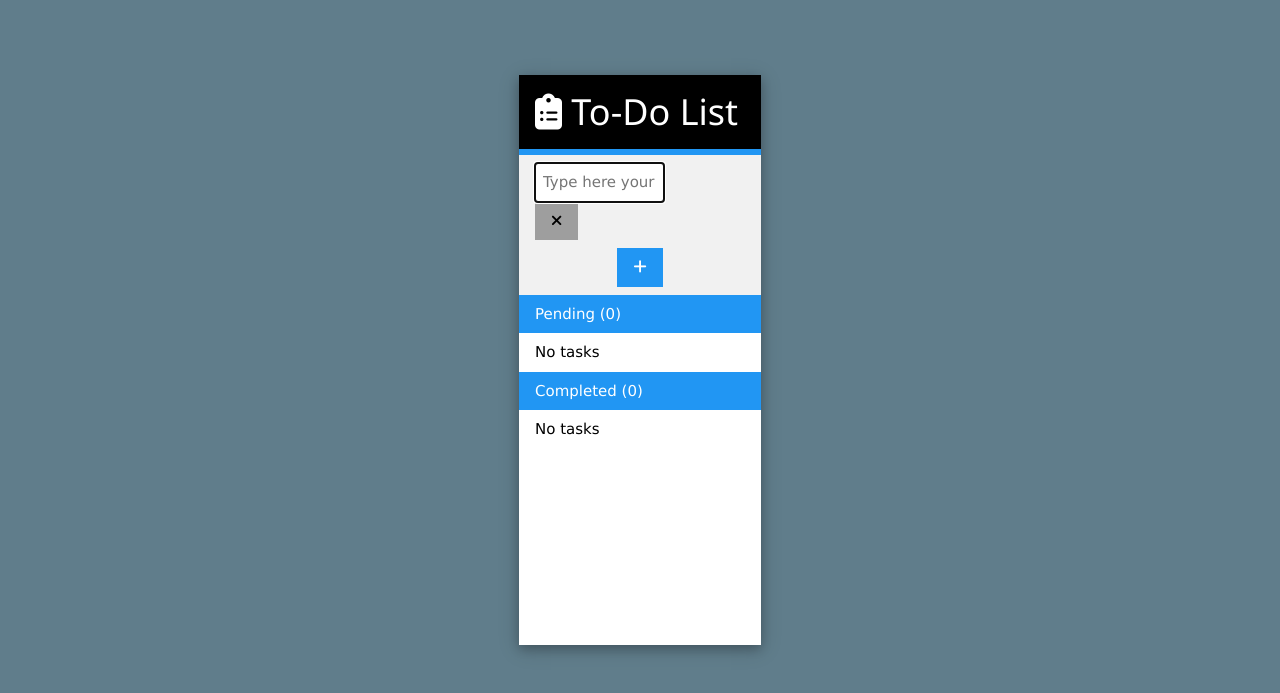
Repository: bclover/vue3-design-patterns-book
Page: /
The author's editor kept a copy of each file at every save. The page is drawn from the files as they stood at one save, then again after the next save.
The browser window is 1280 px wide. The pictures show the whole page.
The project was rebuilt for these pictures with package versions that can differ from the ones it lists, and the page was loaded fresh each time. Also part of the build but not shown: vite.config.ts.

Above is the page before, as saved 2023-06-19 22:32:36.

### index.html
<!DOCTYPE html>
<html lang="en">
    <head>
        <meta charset="UTF-8" />
        <link rel="icon" type="image/svg+xml" href="/vite.svg" />
        <link rel="stylesheet" href="/css/w3.css" />
        <link rel="stylesheet" href="/css/fontawesome.min.css" />
        <link rel="stylesheet" href="/css/solid.min.css" />
        <link rel="stylesheet" href="/css/brands.min.css" />
        <meta name="viewport" content="width=device-width, initial-scale=1.0" />
        <title>To Do</title>
    </head>
    <body>
        <div id="app"></div>
        <script type="module" src="/src/main.ts"></script>
    </body>
</html>

### src/App.vue
<script lang="ts" setup>
import ToDos from './components/ToDos.vue';
</script>

<template>
  <div class="app w3-blue-gray">
    <ToDos></ToDos>
  </div>
</template>

<style scoped>
.app {
  display: flex;
  justify-content: center;
  width: 100vw;
  min-height: 100vh;
  padding: 5rem;
}
</style>

### src/components/ToDos.vue
<script lang="ts" setup>
import { computed, ref } from 'vue';

interface ToDo {
  id: number;
  text: string;
  checked: boolean;
}
const _todo_text = ref('');
const _todo_list = ref<ToDo[]>([]);
const _pending = computed(() => {
  return _todo_list.value.filter((todo: ToDo) => !todo.checked);
});
const _done = computed(() => {
  return _todo_list.value.filter((todo: ToDo) => todo.checked);
});
function clearToDo(): void {
  _todo_text.value = '';
}
function addToDo() {
  if (_todo_text.value && _todo_text.value !== '') {
    _todo_list.value.push({
      id: new Date().valueOf(),
      text: _todo_text.value,
      checked: false,
    });
    clearToDo();
  }
}
</script>

<template>
  <div class="todo-container w3-white w3-card-4">
    <!-- Header -->
    <div class="w3-container w3-black w3-margin-0 w3-bottombar w3-border-blue">
      <h1>
        <i class="fa-solid fa-clipboard-list"></i>
        To-Do List
      </h1>
    </div>

    <!-- Remove & Add Buttons -->
    <div class="w3-container w3-twothird w3-light-gray w3-padding">
      <input
        class="w3-input w3-border-0"
        type="text"
        autofocus
        v-model="_todo_text"
        @keyup.enter="addToDo()"
        placeholder="Type here your to-do item..."
      />
      <button class="w3-button w3-third w3-gray" @click="clearToDo()">
        <i class="fa-solid fa-times"></i>
      </button>
    </div>

    <div class="w3-container flex-container w3-light-gray w3-padding w3-center">
      <button class="w3-button w3-blue" @click="addToDo()">
        <i class="fa-solid fa-plus"></i>
      </button>
    </div>

    <!-- Pending Todos Heading -->
    <div class="w3-padding w3-blue">Pending ({{ _pending.length }})</div>

    <!-- List of Pending Todos -->
    <div class="w3-padding" v-for="todo in _pending" :key="todo.id">
      <label>
        <input type="checkbox" v-model="todo.checked" />
        <span class="w3-margin-left">{{ todo.text }}</span>
      </label>
    </div>

    <!-- No Pending Tasks -->
    <div class="w3-padding" v-show="_pending.length == 0">No tasks</div>

    <!-- Completed Todos Heading -->
    <div class="w3-padding w3-blue">Completed ({{ _done.length }})</div>

    <!-- List of Completed Todos -->
    <div class="w3-padding" v-for="todo in _done" :key="todo.id">
      <label>
        <input type="checkbox" v-model="todo.checked" />
        <span class="w3-margin-left">{{ todo.text }}</span>
      </label>
    </div>

    <!-- No Completed Todos -->
    <div class="w3-padding" v-show="_done.length == 0">No tasks</div>
  </div>
</template>

Loaded but not shown: src/main.ts (common file); public/css/w3.css (library); public/css/fontawesome.min.css (library); public/css/solid.min.css (common file); public/css/brands.min.css (library)

After the next save:
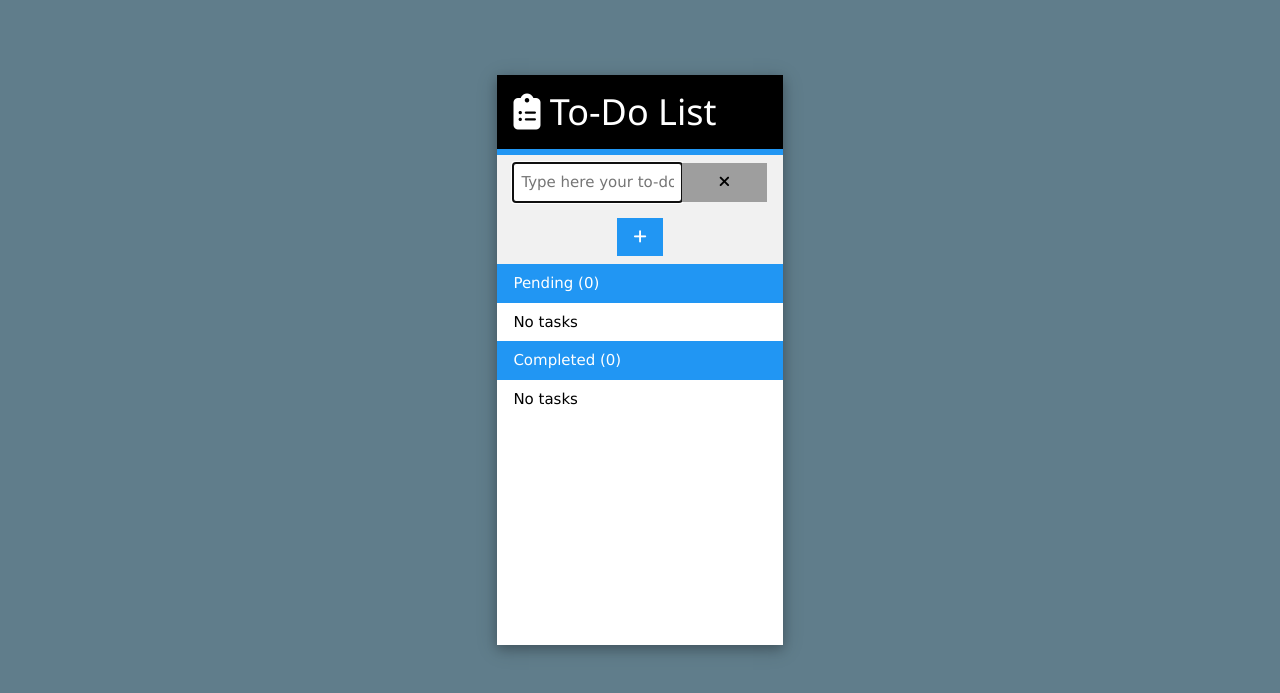
Saved 21 s later.
--- a/src/components/ToDos.vue
+++ b/src/components/ToDos.vue
@@ -40,9 +40,9 @@ function addToDo() {
     </div>
 
     <!-- Remove & Add Buttons -->
-    <div class="w3-container w3-twothird w3-light-gray w3-padding">
+    <div class="w3-container w3-light-gray w3-padding">
       <input
-        class="w3-input w3-border-0"
+        class="w3-input w3-twothird w3-border-0"
         type="text"
         autofocus
         v-model="_todo_text"
